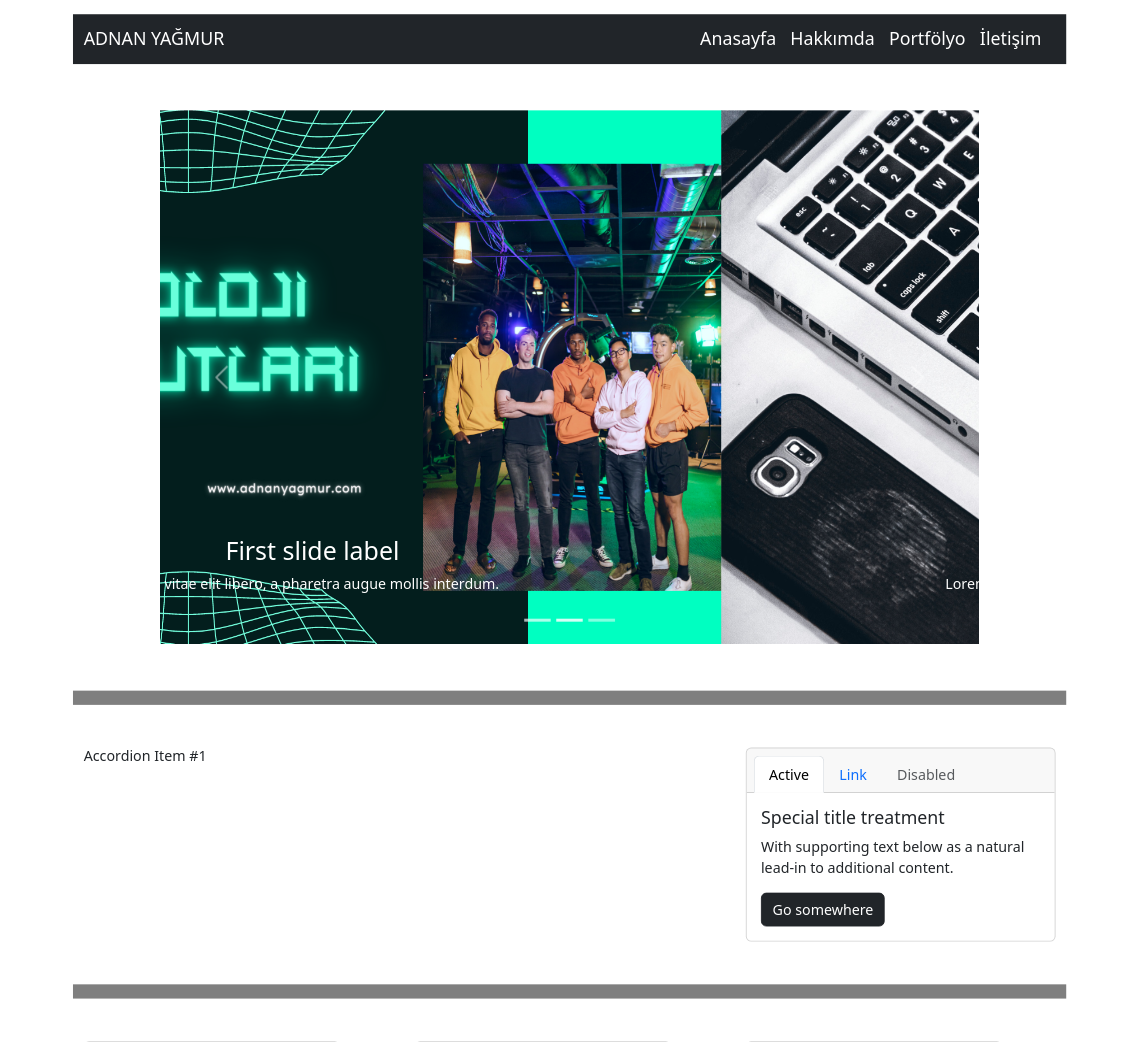
Repository: adnanyagmur/react-bootstrap-example
Page: /
An editor plug-in stored every save of this project. The page is shown before and after the next save, followed by the edit.
The browser window is 1280 px wide. The pictures show the part of the page from y = 0 to 1171 px (the page is 2198 px tall), at 89% of full size.
Pictures or frames that could not be fetched are drawn as grey boxes. The project was rebuilt for these pictures with package versions that can differ from the ones it lists, and the page was loaded fresh each time.

Above is the page before, as saved 2022-06-29 13:33:10.

### src/index.js
import React from 'react';
import ReactDOM from 'react-dom/client';
import '../node_modules/bootstrap/dist/css/bootstrap.min.css';
import SSRProvider from 'react-bootstrap/SSRProvider';
import App from './App';


const root = ReactDOM.createRoot(document.getElementById('root'));
root.render(
  <React.StrictMode>
  <SSRProvider>
  <App />
</SSRProvider>
  </React.StrictMode>
);

### src/App.js
import { Container } from "react-bootstrap";
import  Appbar  from "./appComponents/Appbar.jsx";
import AppContainer from "./appComponents/AppContainer.jsx";
import AppFooter from "./appComponents/AppFooter.jsx";
import Slider from "./appComponents/Slider.jsx";

function App() {

 return (
<Container>


<Appbar></Appbar>

<Slider></Slider>


  <AppContainer></AppContainer>
  <AppFooter></AppFooter>
  </Container>
  );
}

export default App;

### src/appComponents/Appbar.jsx

const Appbar =()=>{

    return(
        <>
  <nav className="navbar navbar-dark bg-dark mb-5 mt-3">
  <div className="container-fluid">
    <a href="/" className="navbar-brand">ADNAN YAĞMUR</a>
    <form className="d-flex" role="search">
    <a href="/" className="navbar-brand">Anasayfa</a>
    <a href="/" className="navbar-brand">Hakkımda</a>
    <a href="/" className="navbar-brand">Portfölyo</a>
    <a href="/" className="navbar-brand">İletişim</a>

    </form>
  </div>
</nav>

</>
    )
}

export default Appbar;

### src/appComponents/AppContainer.jsx
import {Nav,Placeholder,Accordion,Container,Card,Button, Row, Col} from "react-bootstrap"

const AppContainer = () => {

    return (
       <Container>
        <Row className="pt-5">
        <Placeholder  xs={12} bg="black" />
        </Row>
        <Row className="pt-5 pb-5">
        <Col sm={8}>
    <Accordion className="pb-5" bsPrefix="dark">
  <Accordion.Item eventKey="0"  >
    <Accordion.Header>Accordion Item #1</Accordion.Header>
    <Accordion.Body>
      Lorem ipsum dolor sit amet, consectetur adipiscing elit, sed do eiusmod
      tempor incididunt ut labore et dolore magna aliqua. Ut enim ad minim
      veniam, quis nostrud exercitation ullamco laboris nisi ut aliquip ex ea
      commodo consequat. Duis aute irure dolor in reprehenderit in voluptate
      velit esse cillum dolore eu fugiat nulla pariatur. Excepteur sint occaecat
      cupidatat non proident, sunt in culpa qui officia deserunt mollit anim id
      est laborum.
    </Accordion.Body>
  </Accordion.Item>
</Accordion>

            </Col>
        <Col sm={4}>
        <Card>
      <Card.Header>
        <Nav variant="tabs" defaultActiveKey="#first">
          <Nav.Item>
            <Nav.Link href="#first">Active</Nav.Link>
          </Nav.Item>
          <Nav.Item>
            <Nav.Link href="#link">Link</Nav.Link>
          </Nav.Item>
          <Nav.Item>
            <Nav.Link href="#disabled" disabled>
              Disabled
            </Nav.Link>
          </Nav.Item>
        </Nav>
      </Card.Header>
      <Card.Body>
        <Card.Title>Special title treatment</Card.Title>
        <Card.Text>
          With supporting text below as a natural lead-in to additional content.
        </Card.Text>
        <Button variant="dark">Go somewhere</Button>
      </Card.Body>
    </Card>

        </Col>

        </Row>
        <Row className="pb-5">
        <Placeholder xs={12} bg="black" />
        </Row>
        <Row className="pb-5">
            <Col><Card style={{ width: '18rem' }}>

                <Card.Img className="p-3" variant="top" src="https://picsum.photos/200/200" />

                <Card.Body>
                    <Card.Title>Card Title</Card.Title>
                    <Card.Text>
                        Some quick example text to build on the card title and make up the bulk of
                        the card's content.
                    </Card.Text>
                    <Button variant="dark">Go somewhere</Button>
                </Card.Body>
            </Card></Col>
            <Col><Card style={{ width: '18rem' }}>

                <Card.Img className="p-3" variant="top" src="https://picsum.photos/200/200" />

                <Card.Body>
                    <Card.Title>Card Title</Card.Title>
                    <Card.Text>
                        Some quick example text to build on the card title and make up the bulk of
                        the card's content.
                    </Card.Text>
                    <Button variant="dark">Go somewhere</Button>
                </Card.Body>
            </Card></Col>
            <Col><Card style={{ width: '18rem' }}>

                <Card.Img className="p-3" variant="top" src="https://picsum.photos/200/200" />

                <Card.Body>
                    <Card.Title>Card Title</Card.Title>
                    <Card.Text>
                        Some quick example text to build on the card title and make up the bulk of
                        the card's content.
                    </Card.Text>
                    <Button variant="dark">Go somewhere</Button>
                </Card.Body>
            </Card></Col>
            <Col>
            <Card style={{ width: '18rem' }}>

                <Card.Img className="p-3" variant="top" src="https://picsum.photos/200/200" />

                <Card.Body>
                    <Card.Title>Card Title</Card.Title>
                    <Card.Text>
                        Some quick example text to build on the card title and make up the bulk of
                        the card's content.
                    </Card.Text>
                    <Button variant="dark">Go somewhere</Button>
                </Card.Body>
            </Card>
            </Col>
            </Row>
            </Container>


    )
}

export default AppContainer;

### src/appComponents/AppFooter.jsx


const AppFooter = ()=> {

    return (
        <div> foooter</div>
    )
}

export default AppFooter;

### src/appComponents/Slider.jsx
import { Carousel, Col, Container, Row, } from "react-bootstrap"
import Logo1 from "../assets/Logo1.png";
import Logo2 from "../assets/Logo2.png";
import Logo3 from "../assets/Logo3.png";

const Slider = () => {

  return (

  <Container className="p-1">
    <Row>
      <Col sm={1}></Col>
      <Col>
        <Carousel>
          <Carousel.Item interval={1000}>
            <img
              className="d-block w-100"
              src={Logo1}
              alt="First slide"
              height="600"
            />
            <Carousel.Caption>
              <h3>First slide label</h3>
              <p>Nulla vitae elit libero, a pharetra augue mollis interdum.</p>
            </Carousel.Caption>
          </Carousel.Item>
          <Carousel.Item interval={1000}>
            <img
              className="d-block w-100"
              src={Logo2}
              alt="Second slide"
              height="600"
            />
            <Carousel.Caption>
              <h3>Second slide label</h3>
              <p>Lorem ipsum dolor sit amet, consectetur adipiscing elit.</p>
            </Carousel.Caption>
          </Carousel.Item>
          <Carousel.Item interval={1000}>
            <img
              className="d-block w-100"
              src={Logo3}
              alt="Third slide"
              height="600"
            />
            <Carousel.Caption>
              <h3>Third slide label</h3>
              <p>Praesent commodo cursus magna, vel scelerisque nisl consectetur.</p>
            </Carousel.Caption>
          </Carousel.Item>
        </Carousel>
      </Col>
      <Col sm={1}>
      </Col>
    </Row>
  </Container>

  )
}
export default Slider;

Loaded but not shown: public/index.html (common file)

After the next save:
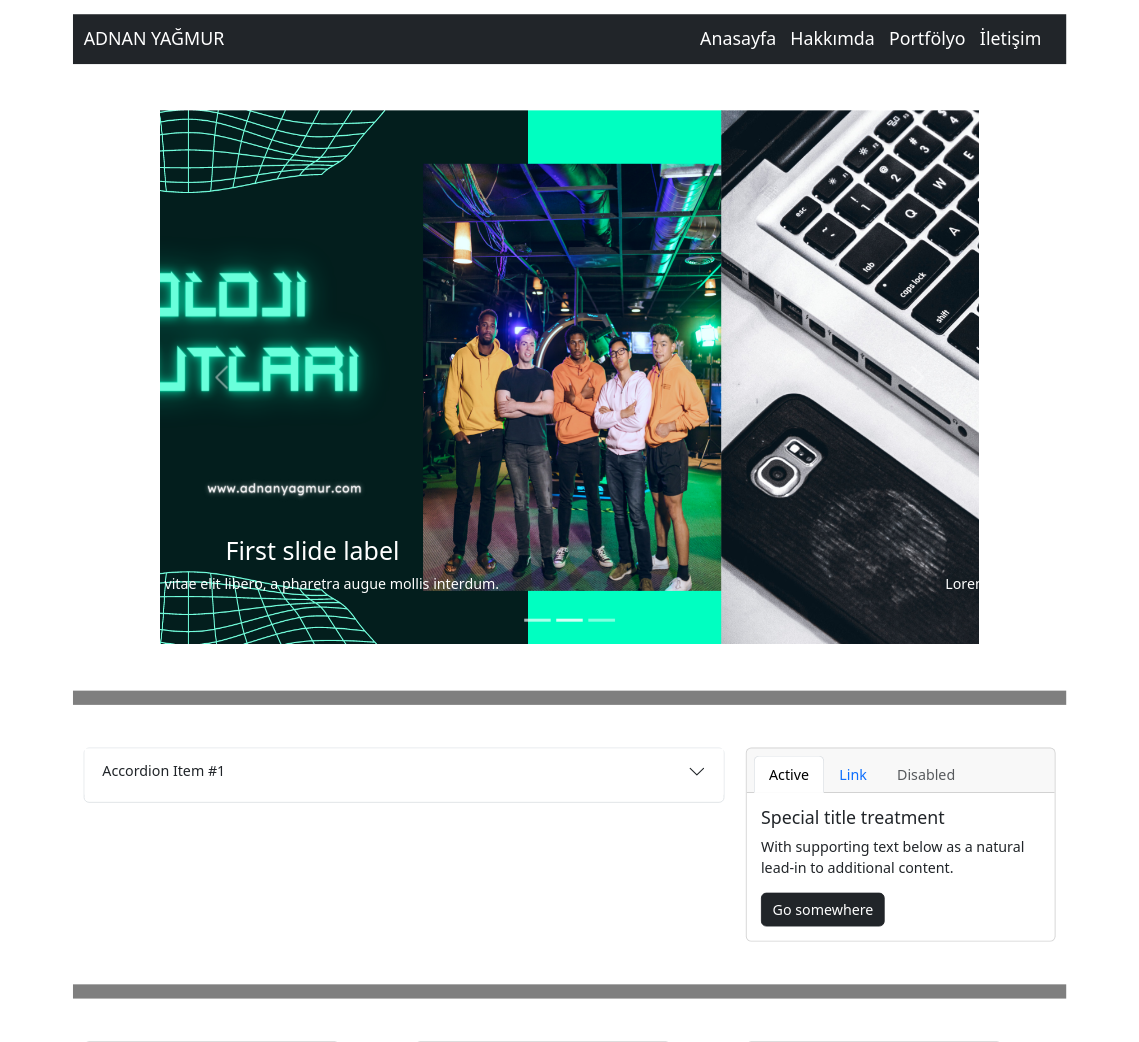
Saved 23 s later.
--- a/src/appComponents/AppContainer.jsx
+++ b/src/appComponents/AppContainer.jsx
@@ -9,9 +9,9 @@ const AppContainer = () => {
         </Row>
         <Row className="pt-5 pb-5">
         <Col sm={8}>
-    <Accordion className="pb-5" bsPrefix="dark">
+    <Accordion className="pb-5" >
   <Accordion.Item eventKey="0"  >
-    <Accordion.Header>Accordion Item #1</Accordion.Header>
+    <Accordion.Header bsPrefix="dark">Accordion Item #1</Accordion.Header>
     <Accordion.Body>
       Lorem ipsum dolor sit amet, consectetur adipiscing elit, sed do eiusmod
       tempor incididunt ut labore et dolore magna aliqua. Ut enim ad minim
